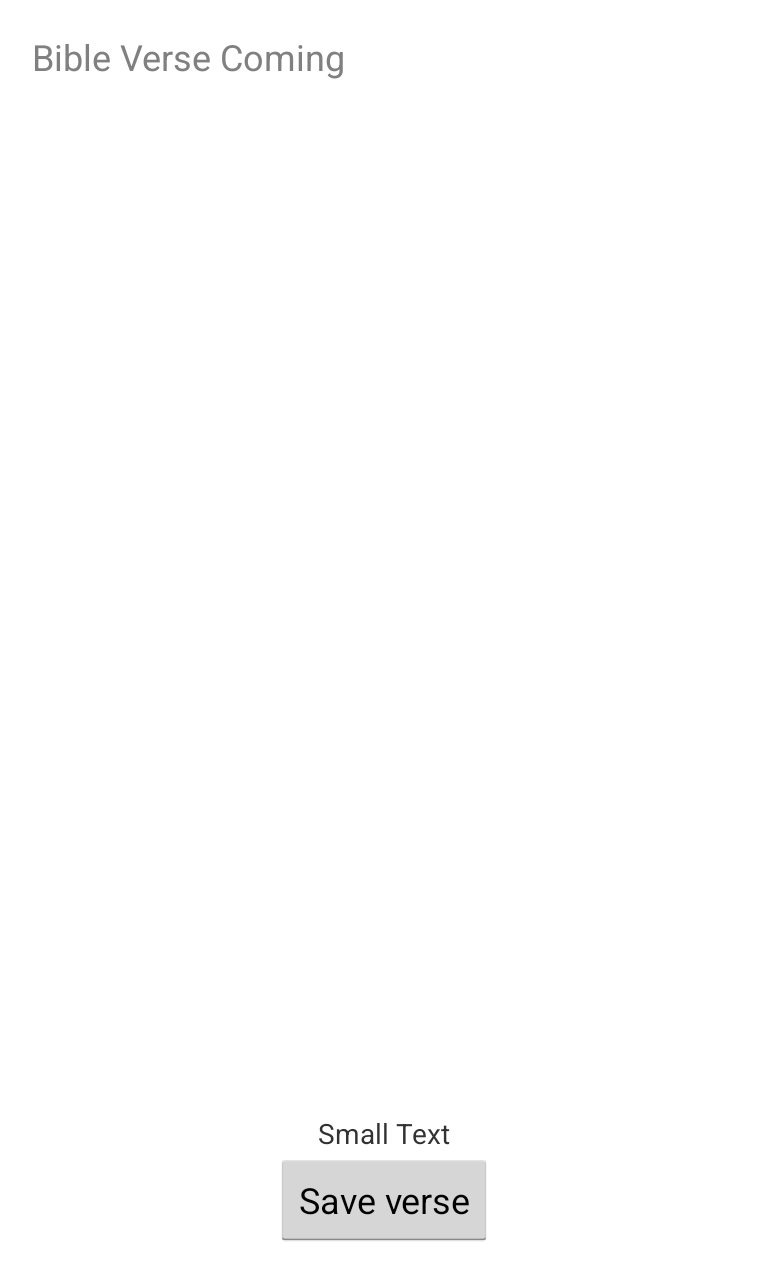
Repository: DerMinze/BibelVers
Layout: BibelVers/res/layout/activity_display_bible_verse.xml
The author's editor kept a copy of each file at every save. The layout is drawn from the files as they stood at one save, then again after the next save.
It is drawn on a 768 x 1280 px phone screen (xhdpi) without system bars, with theme AppTheme; the app's code is not run.

Above is the layout before, as saved 2013-09-15 15:42:44.

After the next save:
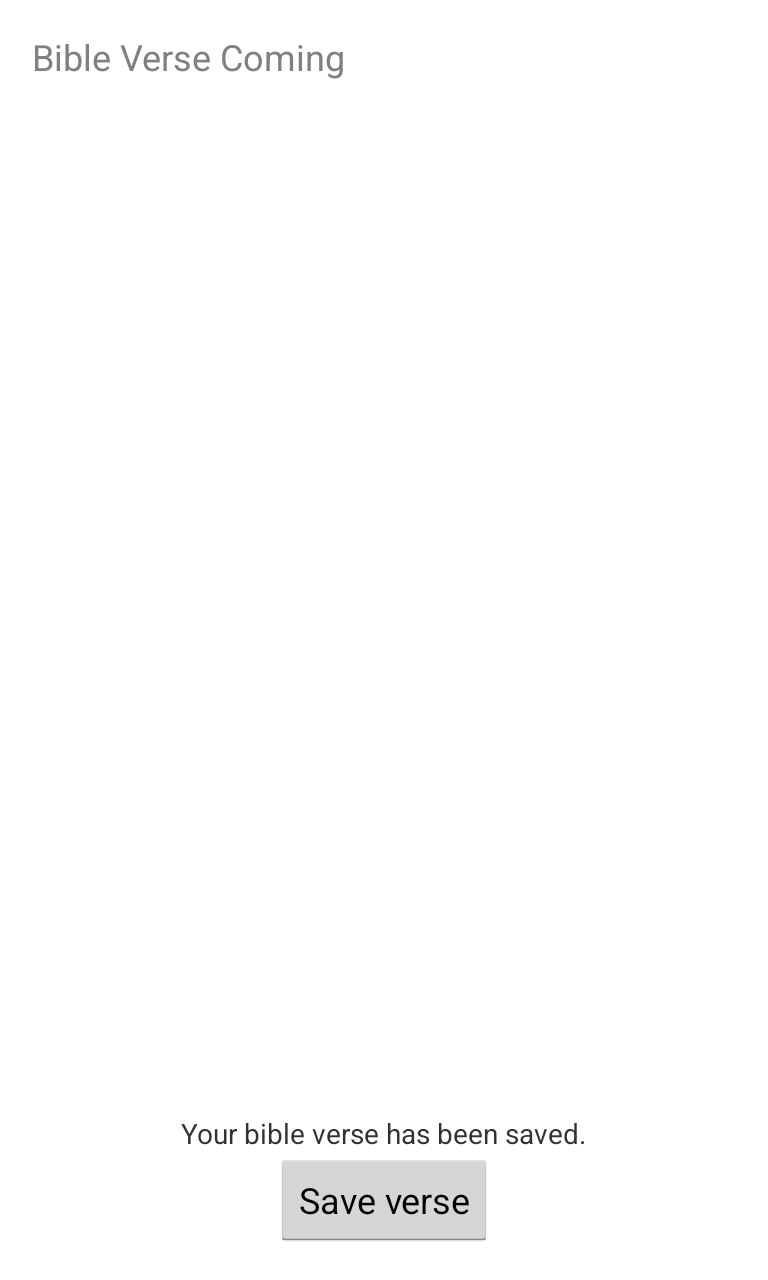
Saved 4 s later.
--- a/BibelVers/res/layout/activity_display_bible_verse.xml
+++ b/BibelVers/res/layout/activity_display_bible_verse.xml
@@ -32,7 +32,7 @@
         android:layout_height="wrap_content"
         android:layout_above="@+id/save_verse"
         android:layout_centerHorizontal="true"
-        android:text="Small Text"
+        android:text="@string/saved_verse"
         android:textAppearance="?android:attr/textAppearanceSmall" />
 
 </RelativeLayout>
